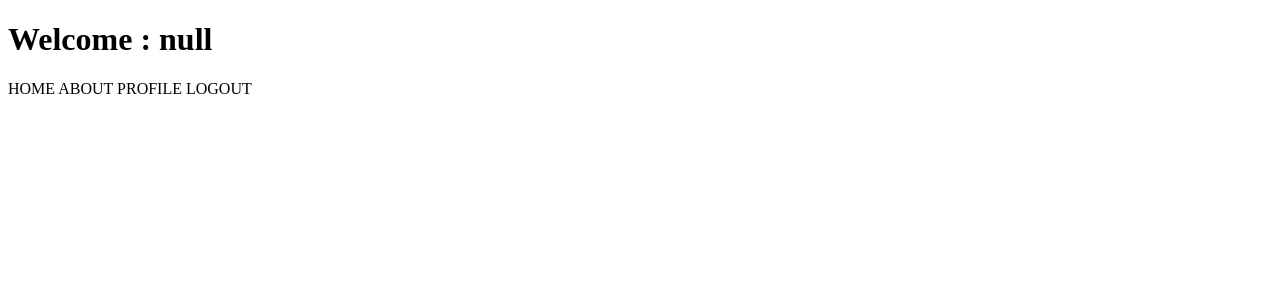
Repository: sarcasticbhuvie/ServletJSP
Page: http://localhost/03-HttpSessoin/index.jsp
These files come from the project's save history. The page is drawn as it stood at one moment and after the next save; the edit follows.
The browser window is 1280 px wide. The pictures show the whole page.
The page is served by Tomcat 10. Other server files are loaded and not shown.

Above is the page before, as saved 2024-01-02 12:34:33.

### 03-HttpSessoin/src/main/webapp/index.jsp
<%@ page language="java" contentType="text/html; charset=UTF-8"
    pageEncoding="UTF-8"%>
<!DOCTYPE html>
<html>
<head>
<meta charset="UTF-8">
<title>Insert title here</title>
</head>
<body>
<%
	String name = (String) session.getAttribute("name");
%>
	<h1>Welcome : <%= name %></h1>
	<span>HOME</span>
	<span>ABOUT</span>
	<span>PROFILE</span>
	<span>LOGOUT</span>
</body>
</html>

After the next save:
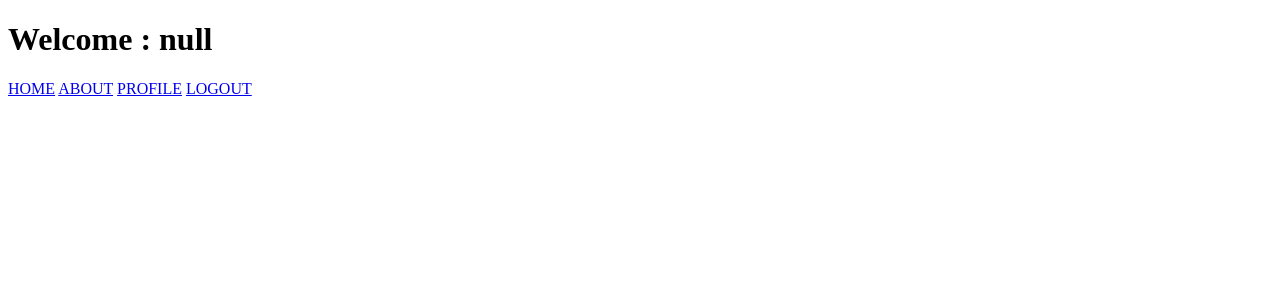
Saved 55 s later.
--- a/03-HttpSessoin/src/main/webapp/index.jsp
+++ b/03-HttpSessoin/src/main/webapp/index.jsp
@@ -11,9 +11,9 @@
 	String name = (String) session.getAttribute("name");
 %>
 	<h1>Welcome : <%= name %></h1>
-	<span>HOME</span>
-	<span>ABOUT</span>
-	<span>PROFILE</span>
-	<span>LOGOUT</span>
+	<span><a href="home.jsp">HOME</a></span>
+	<span><a href="home.jsp">ABOUT</a></span>
+	<span><a href="home.jsp">PROFILE</a></span>
+	<span><a href="home.jsp">LOGOUT</a></span>
 </body>
 </html>
